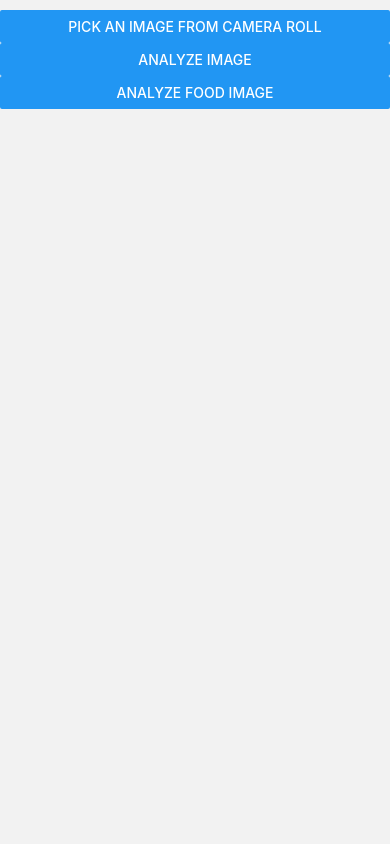
Repository: djdjdallas/taste-without-borders
Screen: /Home
An editor plug-in stored every save of this project. The screen is shown before and after a run of saves, followed by the edit.
The app was drawn by React Native's web renderer in a window 390 px wide. The project was rebuilt for these pictures with package versions that can differ from the ones it lists, and the page was loaded fresh each time.

Above is the screen before, as saved 2023-12-26 19:57:06.

After the next 2 saves:
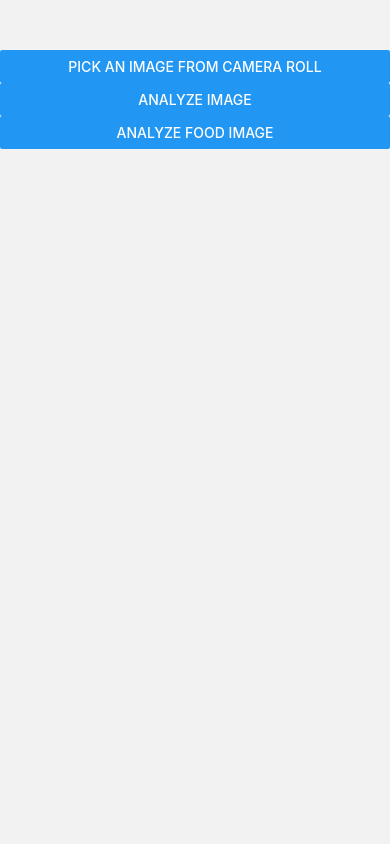
The 2 saves are shown as one change because they came seconds apart.
The last was saved 8 s later.
--- a/HomeScreen.js
+++ b/HomeScreen.js
@@ -153,7 +153,7 @@ const HomeScreen = () => {
   }, []);
 
   return (
-    <View style={{ marginTop: 10 }}>
+    <View style={{ marginTop: 50 }}>
       <Button title="Pick an image from camera roll" onPress={pickImage} />
       {selectedImage && (
         <Image
